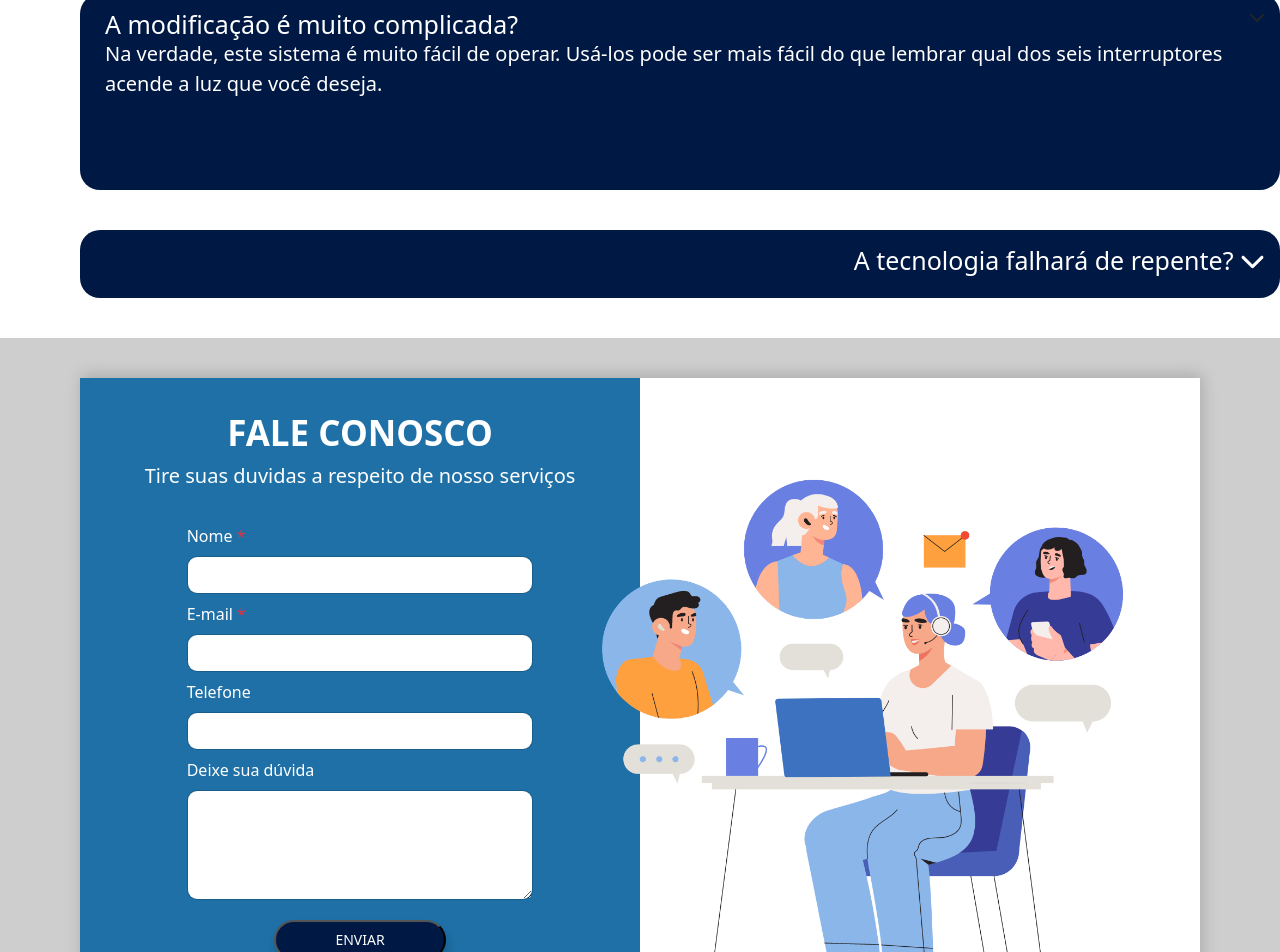
Repository: BulleST/SouHi_Institucional
Page: index.html
An editor plug-in stored every save of this project. The page is shown before and after the next save, followed by the edit.
The browser window is 1280 px wide. The pictures show the part of the page from y = 2028 to 2980 px (the page is 3462 px tall before and 3454 px after).
A picture or video elsewhere on the page could not be fetched, so the positions and the page height are approximate.

Above is the page before, as saved 2022-11-04 15:44:43.

After the next save:
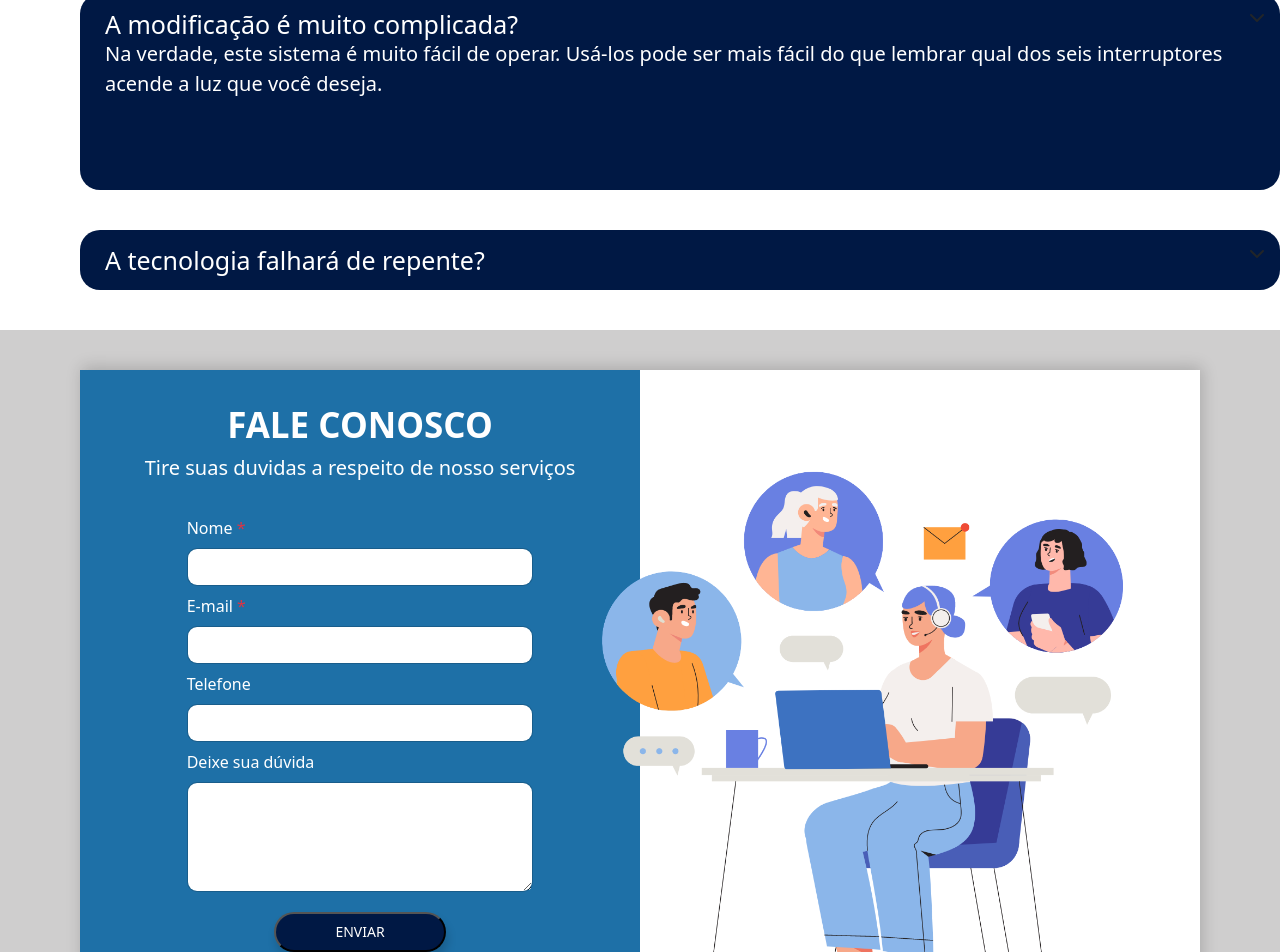
Saved 19 s later.
--- a/index.html
+++ b/index.html
@@ -293,7 +293,10 @@
         <p>Na verdade, este sistema é muito fácil de operar.  Usá-los pode ser mais fácil do que lembrar qual dos seis interruptores acende a luz que você deseja.</p>
       </li>
       <li>
-        <h3>A tecnologia falhará de repente? <i class="fas fa-chevron-down"> </i></h3>
+        <div class="pergunta">
+        <h3>A tecnologia falhará de repente? </h3>
+        <i class="fas fa-chevron-down"> </i>
+      </div>
         <p>Não vai. Alguns dispositivos inteligentes que são fáceis de encontrar no mercado a baixo custo podem não ser muito confiáveis, mas os sistemas de automação profissional são tecnologias maduras e poderosas.</p>
       </li>
         <h3></h3>
